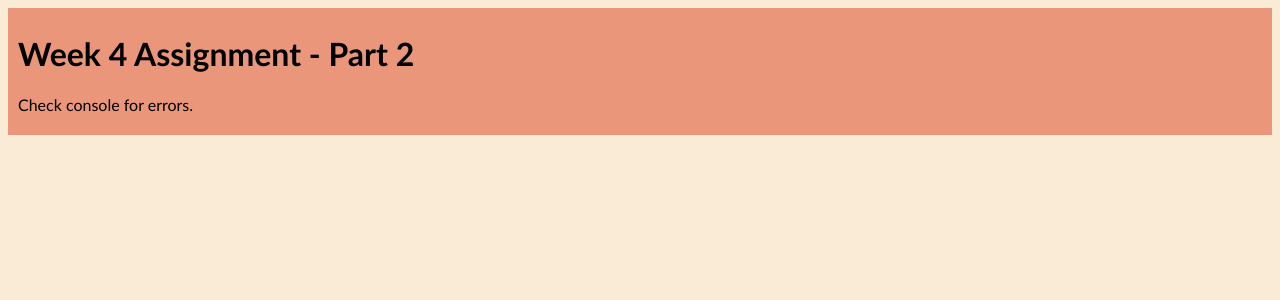
Repository: Ellusionism/prime-pw-week-4-assignment-part-2
Page: assignment/index.html
An editor plug-in stored every save of this project. The page is shown before and after the next save, followed by the edit.
The browser window is 1280 px wide. The pictures show the whole page.

Above is the page before, as saved 2022-11-16 17:47:20.

After the next save:
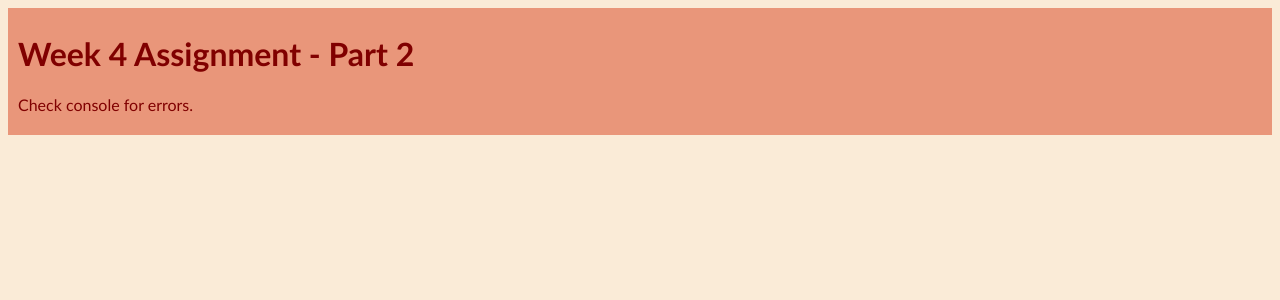
Saved 32 s later.
--- a/assignment/stylesheet.css
+++ b/assignment/stylesheet.css
@@ -6,5 +6,5 @@ body {
 .homepageHeader {
  background-color:darksalmon;
  padding: 5px 10px;
- tex-color: maroon;
+ color: maroon;
 }
